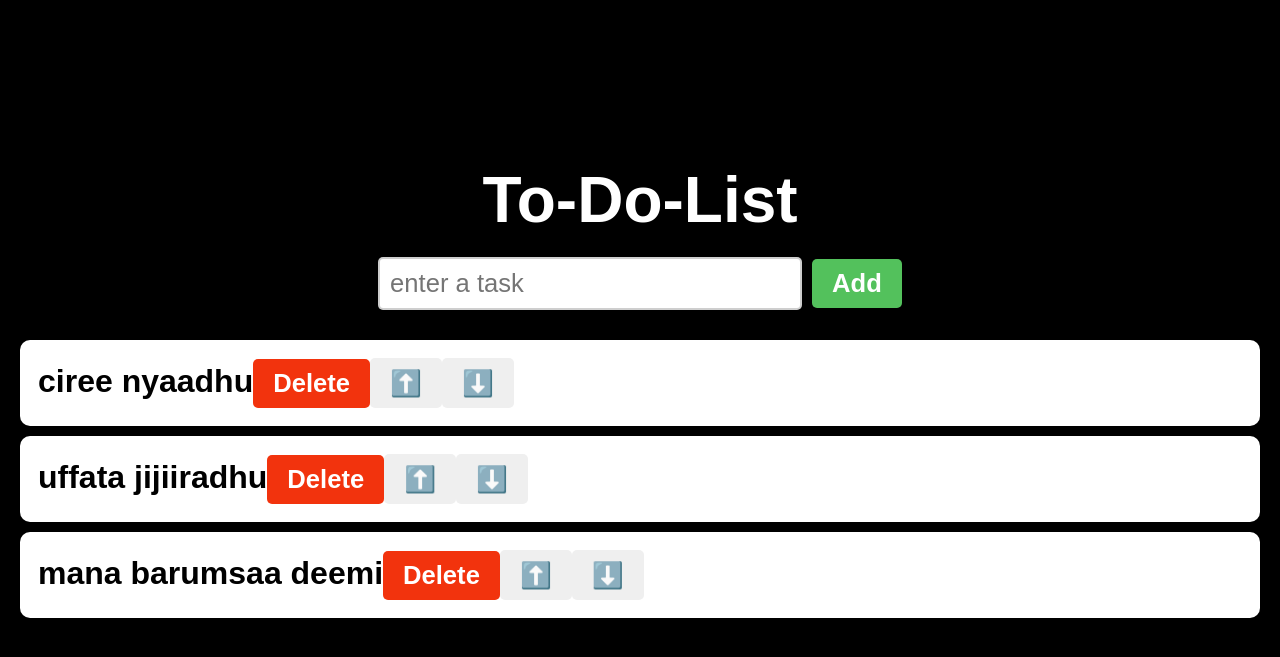
Repository: wakoya-tech/to-do-list-app
Page: /
The author's editor kept a copy of each file at every save. The page is drawn from the files as they stood at one save, then again after the next save.
The browser window is 1280 px wide. The pictures show the whole page.
The project was rebuilt for these pictures with package versions that can differ from the ones it lists, and the page was loaded fresh each time. Also part of the build but not shown: vite.config.js, src/App.css.

Above is the page before, as saved 2025-10-16 17:04:19.

After the next save:
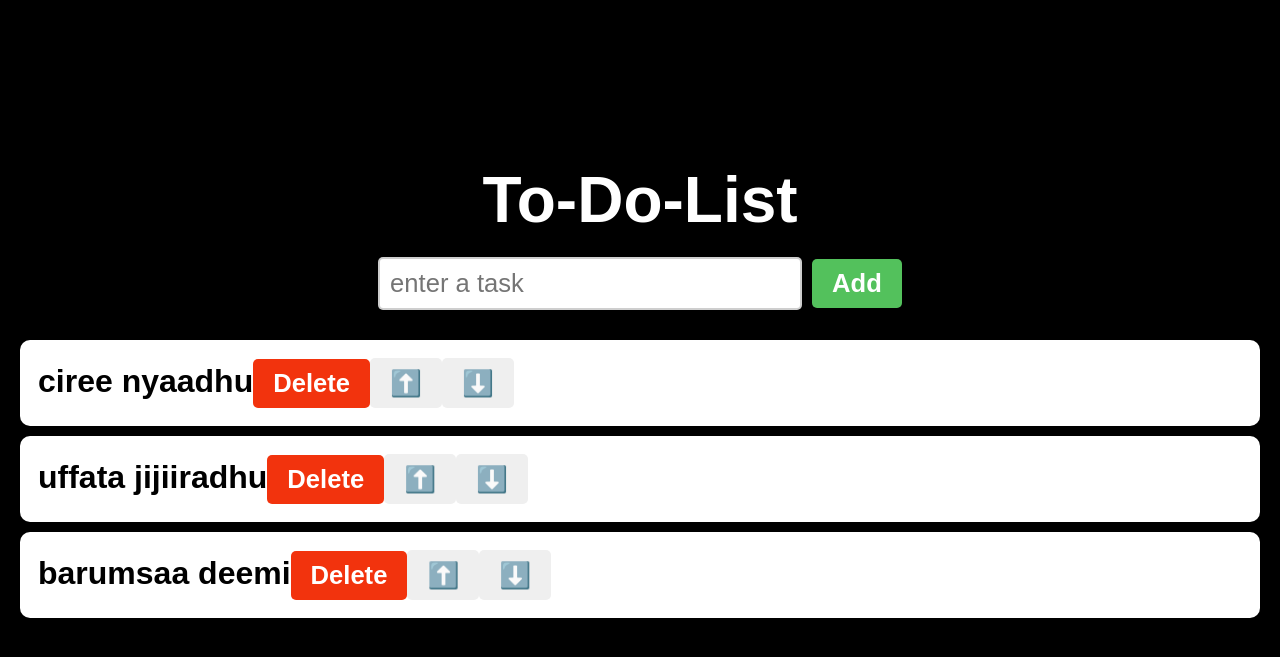
Saved 24 s later.
--- a/src/ToDoList.jsx
+++ b/src/ToDoList.jsx
@@ -1,7 +1,7 @@
 import React,{useState} from 'react'
 
 function ToDoList() {
-    const [tasks,setTasks]=useState(["ciree nyaadhu","uffata jijiiradhu","mana barumsaa deemi"])
+    const [tasks,setTasks]=useState(["ciree nyaadhu","uffata jijiiradhu","barumsaa deemi"])
     const [newTask,setNewTask]=useState("");
     function handleInputChange(e){
       setNewTask(e.target.value)
